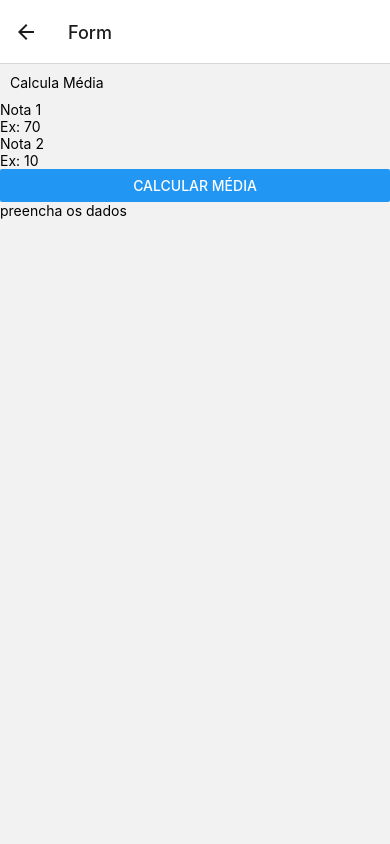
Repository: DS151-UFPR-2023/DS151_Israel-De-Quadros_EX4
Screen: /Form
An editor plug-in stored every save of this project. The screen is shown before and after the next save, followed by the edit.
The app was drawn by React Native's web renderer in a window 390 px wide. The project was rebuilt for these pictures with package versions that can differ from the ones it lists, and the page was loaded fresh each time. Also part of the build but not shown: src/components/main/index.js, src/components/novoComponente/index.js, src/components/counterScreen.js, src/components/ColorList.js.

Above is the screen before, as saved 2023-09-08 18:25:46.

### App.js
import { StatusBar } from 'expo-status-bar';
import { StyleSheet, Text, View } from 'react-native';
import Title from './src/components/title';
import Main from './src/components/main';
import Home2 from './src/components/novoComponente';
import { NavigationContainer } from '@react-navigation/native';
import { createStackNavigator } from '@react-navigation/stack';
import HomeScreen from './src/HomeScreen';
import CounterScreen from './src/components/counterScreen';
import Form from './src/components/form';
import ColorList from './src/components/ColorList';

const Stack = createStackNavigator();

export default function App() {
  return (
    <NavigationContainer>
      <Stack.Navigator>
        <Stack.Screen name="Home" component={HomeScreen} />
        <Stack.Screen name="Home2" component={Home2} />
        <Stack.Screen name="CounterScreen" component={CounterScreen} />
        <Stack.Screen name="Form" component={Form} />
        <Stack.Screen name="ColorList" component={ColorList} />
      </Stack.Navigator>
    </NavigationContainer>
  );
}

const styles = StyleSheet.create({
  container: {
    flex: 1,
    backgroundColor: '#999',
    alignItems: 'center',
    justifyContent: 'center',
  },
});

### src/components/title/index.js
import React from "react"
import { View, Text } from "react-native"
import styles from "../style";

export default function Title() {
    return (
        <View >
            <Text style={styles.boxTitle}>Calcula Média</Text>
        </View>
    );
}

### src/HomeScreen.js
import React from "react";
import { View, Text, StyleSheet, Button } from 'react-native';

function HomeScreen({ navigation }) {
    return (
        <View style={style.mainView}>
            <Text>Home Screen</Text>
            <Button title="Ir para Galeria!"
                onPress={() => navigation.navigate('Home2')}
            />
            <Button title="Ir para Counter!"
                onPress={() => navigation.navigate('CounterScreen')}
            />
            <Button title="Ir para Form!"
                onPress={() => navigation.navigate('Form')}
            />
            <Button title="Ir para ColorList!"
                onPress={() => navigation.navigate('ColorList')}
            />
        </View>
    )
}

export default HomeScreen;

const style = StyleSheet.create({
    mainView: {
        flex: 1,
        alignItems: 'center',
        justifyContent: 'center'
    }
})

### src/components/form/index.js
import { View, Text, TextInput, Button } from "react-native";
import React, { useState } from "react";
import ResultMedia from "../result";
import Title from "../title";

export default function Form() {

    const [media1, setmedia1] = useState(null)
    const [media2, setmedia2] = useState(null)
    const [messagemedia, setMessagemedia] = useState("preencha os dados")
    const [media, setmedia] = useState(null)
    const [textButton, setTextButton] = useState("Calcular")

    function validationmedia() {
        if (media2 != null && media1 != null) {
            mediaCalculator()
            setMessagemedia("seu media eh igual: " +  media + "\nTem que clicar duas vezes\npra atualizar a mensagem hehe")
            setTextButton("Calcular Novamente")
            return
        }
        setmedia(null)
        setTextButton("Calcular")
        setMessagemedia("preencha os dados")
    }

    function mediaCalculator() {
        setMessagemedia("seu media eh igual: " + media)
        return setmedia(((parseFloat(media1) + parseFloat(media2))/2))
    }


    return (
        //conteudo do formulario
        <View>
            <Title/>
            <View>
                <Text>Nota 1</Text>
                <TextInput onChangeText={setmedia1} value={media1} placeholder="Ex: 70" keyboardType="numeric"></TextInput>
                <Text>Nota 2</Text>
                <TextInput onChangeText={setmedia2} value={media2}  placeholder="Ex: 10" keyboardType="numeric"></TextInput>
                <Button onPress={() => validationmedia()} title="Calcular Média" />
                <ResultMedia messageResultmedia={messagemedia} resultmedia={media}></ResultMedia>
            </View>
        </View>
    );
}

### src/components/style.js
import { StyleSheet } from "react-native";

const styles = StyleSheet.create({
    boxTitle: {
        alignItems:"center",
        justifyContent:"center",
        padding:10,
    },
    textTitle: {
        color: "FF0043",
        fontSize:24,
        fontWeight:"bold",
    }

});

export default styles;

### src/components/result/index.js
import { View, Text} from "react-native";
import React, { useState } from "react";

export default function ResultMedia(props) {
    return (
        <View>
            <Text>{props.resultmedia}</Text>
            <Text>{props.messageResultmedia}</Text>
        </View>
    );
}

After the next save:
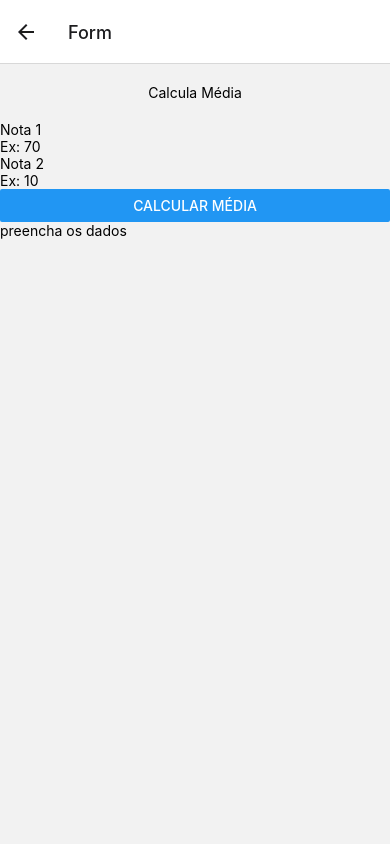
Saved 5 s later.
--- a/src/components/title/index.js
+++ b/src/components/title/index.js
@@ -4,7 +4,7 @@ import styles from "../style";
 
 export default function Title() {
     return (
-        <View >
+        <View style={styles.boxTitle}>
             <Text style={styles.boxTitle}>Calcula Média</Text>
         </View>
     );
